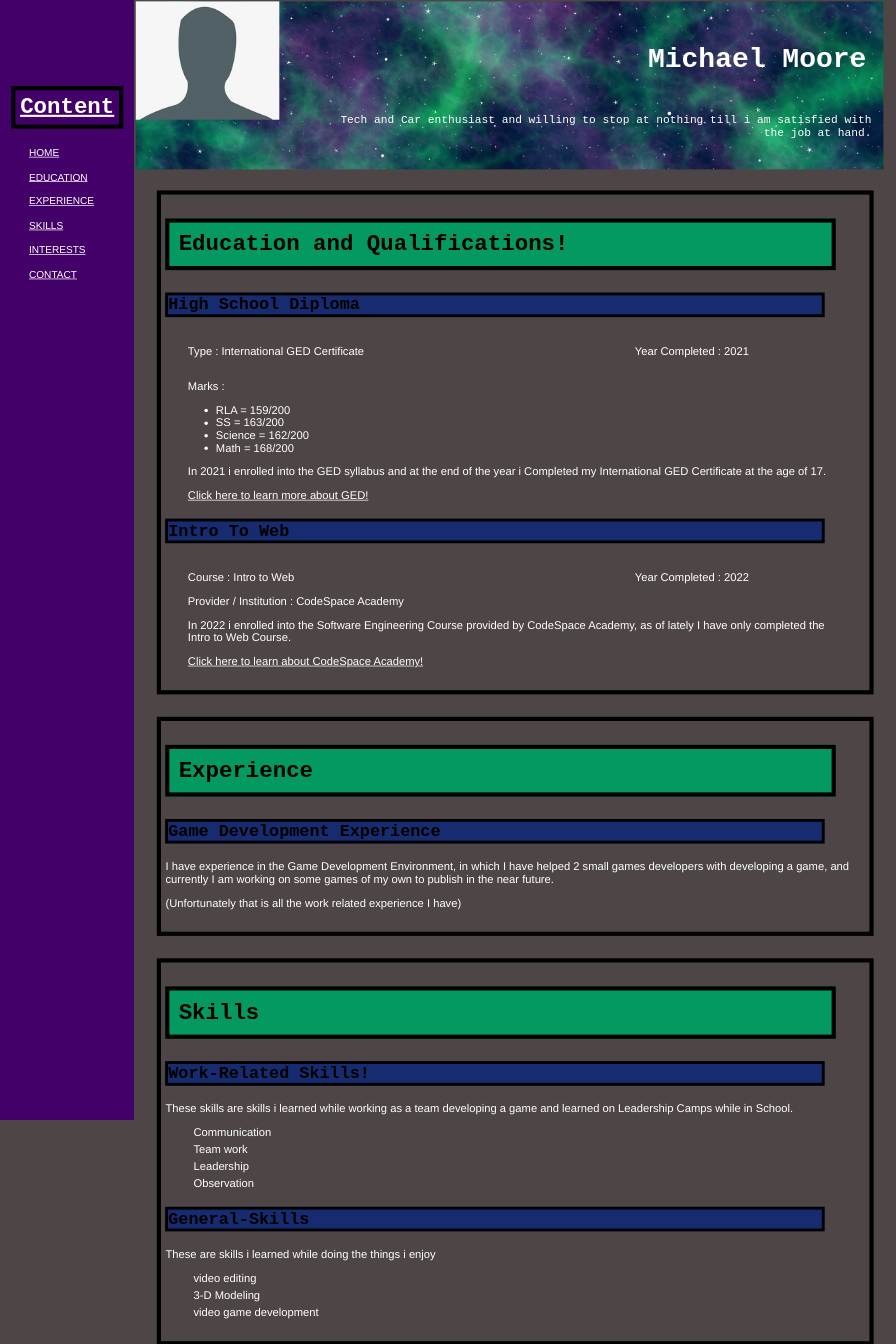
Repository: MikeMoore55/MichaelMooreResumeProject
Page: Resume.html
These files come from the project's save history. The page is drawn as it stood at one moment and after the next save; the edit follows.
The browser window is 1280 px wide. The pictures show the part of the page from y = 0 to 1920 px (the page is 2882 px tall), at 70% of full size.

Above is the page before, as saved 2022-02-12 12:18:55.

### Resume.html
<!DOCTYPE html>
<html lang="en">
<head>

    <meta charset="UTF-8">
    <meta http-equiv="X-UA-Compatible" content="IE=edge">
    <meta name="viewport" content="width=device-width, initial-scale=1.0">
    <title>MichaelMooreResume</title>
    <link rel="stylesheet" type="text/css" href="css/stylesheet.css">

</head>

<body>

    <header id="home">

        <img id="profilePic" src="/images/profile (2).jpg" alt="Picture of Michael Moore">

        <h1 id="name">
            Michael Moore
        </h1>

        <p id="personalDiscrition">
            Tech and Car enthusiast and willing to stop at nothing till i am satisfied with the job at hand.
        </p>

    </header>


    <nav>

        <div id="nav-container">

            <h2>
                Content
            </h2>

            <ol id="nav-list">
                <li id="navList-style"><a class="nav-link" href="#home"> HOME</a></li>
                <li id="navList-style"><a class="nav-link" href="#education">EDUCATION</a></li>
                <li id="navList-style"><a class="nav-link" href="#experience">EXPERIENCE</a></li>
                <li id="navList-style"><a class="nav-link" href="#skill">SKILLS</a></li>
                <li id="navList-style"><a class="nav-link" href="#intrest">INTERESTS</a></li>
                <li id="navList-style"><a class="nav-link" href="#contact">CONTACT</a></li>
            </ol>

        </div>

    </nav>


    <section>
        <article>

            <!-- [to michael] this is the education section -->

            <div id="education" class="content-box">

                <h3>
                    Education and Qualifications!
                </h3>

                <h4>
                    High School Diploma
                </h4>

                <div id="highschoolcontent-container">

                    <p id="type-container" > Type : International GED Certificate</p>

                    <p id="year-container" >Year Completed : 2021</p>

                </div>

                <div class="Second-box" > Marks :
                        <ul>
                            <li>RLA = 159/200</li>
                            <li>SS = 163/200</li>
                            <li>Science = 162/200</li>
                            <li>Math = 168/200</li>
                        </ul>
                </div>

                <p class="EducationDescription-container">
                        In 2021 i enrolled into the GED syllabus and at the end of the year i Completed my International GED Certificate at the age of 17.
                </p>

                <p>
                    <a id="GedLink" href="https://ged.com/blog/what-is-a-ged/" target="_blank">Click here to learn more about GED!</a>
                </p>

                <h4>
                    Intro To Web
                </h4>

                <div id="Course-container">

                    <p id="typeCourse-container">Course : Intro to Web</p>
                    <p id="CourseYear-container">Year Completed : 2022</p>

                </div>

                <p class="Second-box">
                    Provider / Institution : CodeSpace Academy
                </p>

                <p class="EducationDescription-container">
                        In 2022 i enrolled into the Software Engineering Course provided by CodeSpace Academy, as of lately I have only completed the Intro to Web Course.
                </p>

                <p>
                    <a id="CodeSpaceLink" href="https://codespace.co.za/course/software-engineering/" target="_blank">Click here to learn about CodeSpace Academy!</a>
                </p>

            </div>

            <!-- [to michael] this is the experience section -->

            <div id="experience" class="content-box">

                <h3>
                    Experience
                </h3>

                <h4>
                        Game Development Experience
                </h4>

                <p>
                I have experience in the Game Development Environment, in which I have helped 2 small games developers with developing a game, and currently I am working on some games of my own to publish in the near future.
                </p>

                <p>
                    (Unfortunately that is all the work related experience I have)
                </p>

            </div>

            <!-- [to michael] this is skills section -->

            <div id="skill" class="content-box">

                <h3>
                    Skills
                </h3>

                <h4>Work-Related Skills!</h4>

                <p>
                    These skills are skills i learned while working as a team developing a game and learned on Leadership Camps while in School.
                    <ul>
                        <li id="skills-List" >Communication</li>
                        <li id="skills-List" >Team work</li>
                        <li id="skills-List" >Leadership</li>
                        <li id="skills-List" >Observation</li>
                    </ul>
                </p>

                <h4>General-Skills</h4>

                <p>
                    These are skills i learned while doing the things i enjoy
                    <ul>
                        <li id="skills-List" >video editing</li>
                        <li id="skills-List" >3-D Modeling</li>
                        <li id="skills-List" >video game development</li>
                    </ul>
                </p>

            </div>

            <!-- [to michael] this is the skills section -->

            <div id="intrest" class="content-box">

                <h3>
                    Interests
                </h3>

                <p>
                    <ul>
                        <li id="intrest-List" >Cars</li>
                        <li id="intrest-List" >Technology</li>
                        <li id="intrest-List" >AI</li>
                        <li id="intrest-List" >Robotics</li>
                        <li id="intrest-List" >Gaming</li>
                        <li id="intrest-List" >Game Development</li>
                    </ul>
                </p>

            </div>
        </article>

    </section>


    <footer id="contact">

        <div id="footerHeadings-container">

            <h5 id="contact-style">Contact me here:</h5>

            <h5 id="social-style">Follow the socials here:</h5>

        </div>

        <div id="contactANDsocialDetails-container">

            <div id="contactDeatils-container">

                <a href="mailto:michaelwillemmoore@gmail.com" target="_blank" >
                <img id="linkImg-mail" src="/images/mail.jpeg.png" alt="email me michaelwillemmoore@gmail.com">
                </a>

                <a href="tel:+27792363841" target="_blank" >
                <img id="linkImg-phone" src="/images/smartphone-5484616.png" alt="phone me 079 236 3841">
                </a>

            </div>

            <div id="socialDetails-container">

                <a href="https://www.instagram.com/the1theonly_michaelmoore/" target="_blank" >
                <img id="linkImg-instagram" src="/images/instagram.jpeg.png" alt="instagram at the1theonly_michaelmoore">
                </a>


                <a href="https://www.linkedin.com/in/michael-moore-66a249231/" target="_blank" >
                <img id="linkImg-linkdin" src="/images/linkden.jpeg.png" alt="linkedin at Michael Moore">
                </a>

            </div>

        </div>

    </footer>

</body>

</html>

### css/stylesheet.css
*{box-sizing: border-box;}

body{
    background-color: rgb(78, 70, 70);
}

header{
    background-image: url(../images/stars-1014109.jpg);
    background-size: cover;
    position: absolute;
    z-index: 0;
    left: 12em;
    top: 0;
    right: 0;
    width: 66.8em;
    height: 15em;
    margin: .1em .1em .1em .1em;
}

#profile-Pic{
    border-radius: 50%;
    width: 5em;
    margin: 2em 2em 2em 2em;
}

#name {
    position: absolute;
    left: 18em;
    top: 0em;
    color: white;
    font-family: 'Courier New', Courier, monospace;
    font-size: 2.5em;
    text-align: right;
    margin: 1em .1em .1em .1em;
    padding: .5em .2em .5em .2em;
}

#personalDiscrition{
    position: absolute;
    left: 17em;
    top: 9.5em;
    color: white;
    font-family: 'Courier New', Courier, monospace;
    font-size: 1em;
    text-align: right;
    margin: .1em .9em .1em .1em;
    padding: .5em .2em .5em .2em;
}


/*the nav-container to shape and size*/
#nav-container{
    background-color: rgb(67, 0, 105);
    position: fixed;
    z-index: 0;
    left: 0;
    top: 0;
    bottom: 0;
    height: 100em;
    width: 12em;
    margin: 0 0 0 0;
    padding: 0 0 0 0;

}

/* heading in nav */
h2{
    position: relative;
    top:3em;
    color: rgb(255, 255, 255);
    font-family: 'Courier New', Courier, monospace;
    font-size: 2em;
    text-align: center;
    margin-bottom: 2em;
    margin-left: .5em;
    margin-right: .5em;
    border: solid 0.2em black;
    padding: .2em .2em .2em .2em;
    text-decoration-line: underline;
}



#nav-list{
    position: relative;
    top: 4em;
    color: white;
    list-style: none;
    font-family: 'Franklin Gothic Medium', 'Arial Narrow', Arial, sans-serif;
    font-size: 0.9em;
    text-align: left;

}

#navList-style {
    margin-bottom: 1.3em;
    margin-right: 3em;
    margin-left: .1em;
    text-align: left;

}

.nav-link{
    color: rgb(255, 255, 255);

}

.nav-link:hover{
    background-color: rgb(250, 250, 250);
    color: rgb(0, 0, 0);
    font-size: 1.5em;
    border: solid 0.1em black;
    padding: .1em .1em .1em .1em;
    margin-right: 1em;
    margin-left: -0.5em;
}

section{
    position: absolute;
    top: 15em;
    left: 12em;
    bottom: 15em;
}

.content-box{
    margin: 2em 2em 2em 2em;
    border: solid .4em black;
    padding: .1em 1em 1em .4em;
}

h3{
    background-color: rgb(4, 153, 96);
    margin: 1em 1em 1em 0;
    padding:.4em .4em .4em .4em;
    border: solid .2em black;
    font-size: 2em;
    font-family: 'Courier New', Courier, monospace;
}

h4{
    background-color: rgb(23, 44, 112);
    margin: 1em 2em 1em 0;
    border: solid .2em black;
    font-family: 'Courier New', Courier, monospace;
    font-size: 1.5em;

}

#GedLink {
    color: white;
    font-family: 'Franklin Gothic Medium', 'Arial Narrow', Arial, sans-serif;
    font-size: 1em;
    margin: 2em;
}

#GedLink:hover{
    background-color: rgb(171, 38, 175);
    color: rgb(245, 245, 245);
    font-size: 1.2em;
    font-family: 'Franklin Gothic Medium', 'Arial Narrow', Arial, sans-serif;
    border: solid 0.1em rgb(255, 253, 253);
    padding: .1em .1em .1em .1em;

}

#CodeSpaceLink{
    color: white;
    font-family: 'Franklin Gothic Medium', 'Arial Narrow', Arial, sans-serif;
    font-size: 1em;
    margin: 2em;
}

#CodeSpaceLink:hover{
    background-color: rgb(171, 38, 175);
    color: rgb(245, 245, 245);
    font-size: 1.2em;
    font-family: 'Franklin Gothic Medium', 'Arial Narrow', Arial, sans-serif;
    border: solid 0.1em rgb(240, 240, 240);
    padding: .1em .1em .1em .1em;
}

#highschoolcontent-container{
    display: flex;
    flex-flow: row wrap;
    color: white;
    font-family: 'Franklin Gothic Medium', 'Arial Narrow', Arial, sans-serif;
    font-size: 1em;
    justify-content: space-between;
}

#type-container{
     flex: 2;
     padding: 1em, 2em, 1em, 2em;
     margin: 1em 2em 1em 2em;
}

#year-container{
    flex: 1;
    padding: 1em, 2em, 1em, 2em;
    margin: 1em 2em 1em 2em;
}
/* this second box is used for the list under "highschool diploma" and "intro to web" under the education part to keep them in line */
.Second-box{
     padding: 1em, 2em, 1em, 2em;
     margin: 1em 2em 1em 2em;
     font-size: 1em;
     font-family: 'Franklin Gothic Medium', 'Arial Narrow', Arial, sans-serif;
     color: white;
}
/* this education description container is used for the list under "highschool diploma" and "intro to web" under the education part because they both contain the same type of info to keep them in line  */
.EducationDescription-container{
    padding: 1em, 2em, 1em, 2em;
    margin: 1em 2em 1em 2em;
    font-size: 1em;
    font-family: 'Franklin Gothic Medium', 'Arial Narrow', Arial, sans-serif;
    color: white;
}

#Course-container{
    display: flex;
    flex-flow: row wrap;
    color: white;
    font-family: 'Franklin Gothic Medium', 'Arial Narrow', Arial, sans-serif;
    font-size: 1em;
    justify-content: space-between;

 }

#CourseYear-container{
    flex: 1;
    padding: 1em, 2em, 0em, 2em;
    margin: 1em 2em 0em 2em;
}

#typeCourse-container{
    flex: 2;
    padding: 1em, 2em, 0em, 2em;
    margin: 1em 2em 0em 2em;
}

p {
    color: white;
    font-family: 'Franklin Gothic Medium', 'Arial Narrow', Arial, sans-serif;
    font-size: 1em;
}

#skills-List{
    list-style: none;
    color: white;
    font-family: 'Franklin Gothic Medium', 'Arial Narrow', Arial, sans-serif;
    font-size: 1em;
    margin-bottom: .4em;
}

#intrest-List {
    list-style: none;
    color: white;
    font-family: 'Franklin Gothic Medium', 'Arial Narrow', Arial, sans-serif;
    font-size: 1em;
    margin-bottom: .6em;
}

footer{
    background-image: url(../images/stars-1014109.jpg);
    background-size: cover;
    position: absolute;
    z-index: 0;
    left: 12em;
    bottom: 0;
    right: 0;
    top: 165em;
    width: 66.8em;
    height: 15em;
    padding: .1em .1em 1em .1em;
    margin: .1em .1em .1em .1em;
}

#footerHeadings-container{
    display: flex;
    flex-flow: row wrap;
}

#contact-style{
    flex: 1;
    color: white;
    text-decoration-line: underline;
    font-family: 'Courier New', Courier, monospace;
    font-size: 100%;
    padding: 1em 2em 1em 2em;
    margin: 1em 3em .3em 1em;
}

#social-style{
    flex: 1;
    color: white;
    text-decoration-line: underline;
    font-family: 'Courier New', Courier, monospace;
    font-size: 100%;
    padding: 1em 2em 1em 2em;
    margin: 1em 1em .3em 16em;
}

#contactANDsocialDetails-container{
    display: flex;
    flex-flow: row wrap;
}

#contactDeatils-container{
    flex: 3;
    display: flex;
    flex-flow: row wrap;
    margin: 0em 1em 0em 1em;
}

#linkImg-mail{
    flex: 1;
    border-radius: 50%;
    width: 5em;
    margin: 2em 2em 2em 2em;
}

#linkImg-phone{
    flex: 2;
    border-radius: 50%;
    width: 5em;
    margin: 2em 2em 2em 2em;
}

#socialDetails-container{
    flex: 2;
    display: flex;
    flex-flow: row wrap;
    margin: 0em 1em 0em 8em;
}

#linkImg-instagram{
    flex: 1;
    border-radius: 50%;
    width: 5em;
    margin: 2em 2em 2em 2em;
}

#linkImg-linkdin{
    flex: 2;
    border-radius: 50%;
    width: 5em;
    margin: 2em 2em 2em 2em;
}

After the next save:
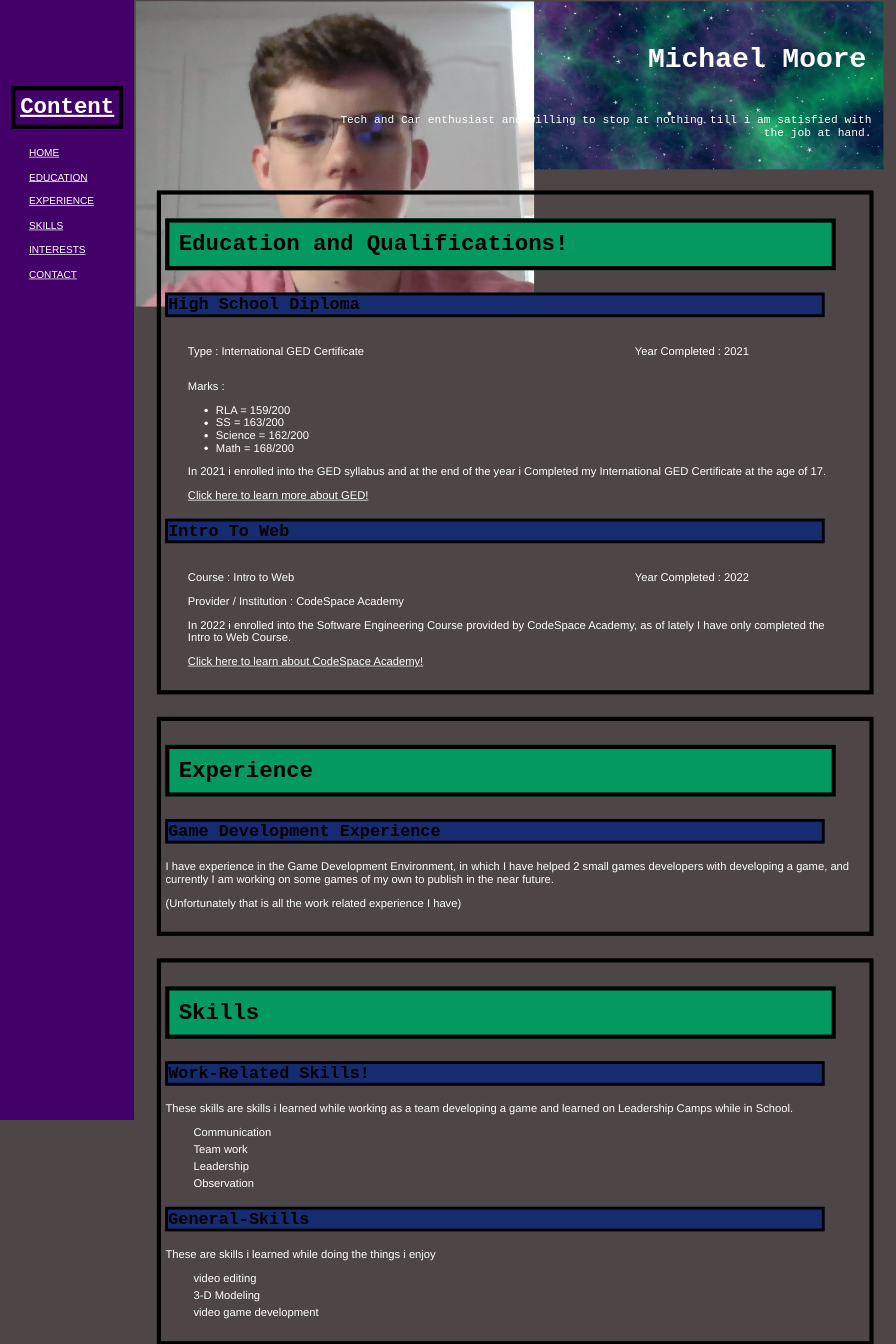
Saved 4 min 13 s later.
--- a/Resume.html
+++ b/Resume.html
@@ -14,7 +14,7 @@
 
     <header id="home">
 
-        <img id="profilePic" src="/images/profile (2).jpg" alt="Picture of Michael Moore">
+        <img id="profilePic" src="/images/WIN_20220212_12_21_20_Pro (2).jpg" alt="Picture of Michael Moore">
 
         <h1 id="name">
             Michael Moore
